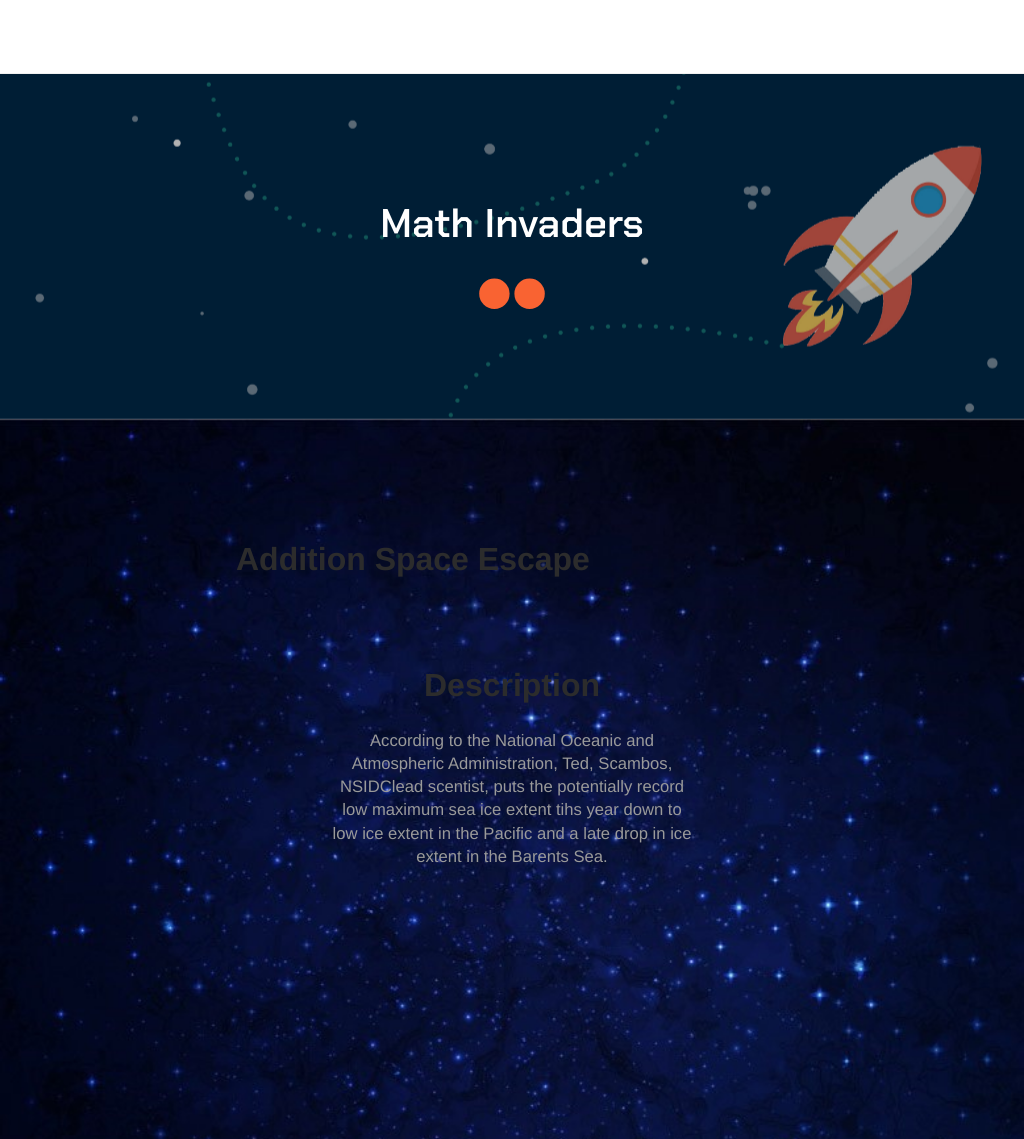
Repository: kkyler24/MathInvader
Page: index.html
These files come from the project's save history. The page is drawn as it stood at one moment and after the next save; the edit follows.
The browser window is 1280 px wide. The pictures show the whole page, at 80% of full size.
Some web libraries are served in a nearby version.

Above is the page before, as saved 2020-07-19 18:13:45.

### index.html
<!DOCTYPE html>
<html lang="en">
  <head>
    <!-- Required meta tags -->
    <meta charset="utf-8" />
    <meta
      name="viewport"
      content="width=device-width, initial-scale=1, shrink-to-fit=no"
    />

    <!-- Bootstrap CSS -->
    <link
      rel="stylesheet"
      href="https://maxcdn.bootstrapcdn.com/bootstrap/4.0.0/css/bootstrap.min.css"
      integrity="sha384-Gn5384xqQ1aoWXA+058RXPxPg6fy4IWvTNh0E263XmFcJlSAwiGgFAW/dAiS6JXm"
      crossorigin="anonymous"
    />
    <link href="../assets/css/now-ui-kit.css?v=1.2.0" rel="stylesheet" />
    <link
      href="https://fonts.googleapis.com/css2?family=Chakra+Petch:wght@600&display=swap"
      rel="stylesheet"
    />
    <link href="./jsFolder/index.css" rel="stylesheet" />

    <title>Math Invaders</title>
  </head>
  <!-- Navbar -->
  <body class="burger-menu">
    <div id="mainBody">
      <nav
        id="marginb"
        class="navbar navbar-expand-lg fixed-top navbar-transparent"
      >
        <div class="container">
          <a class="navbar-brand" href="#">MCLA</a>
          <div class="separator separator-primary"></div>
          <button
            class="navbar-toggler"
            type="button"
            data-toggle="collapse"
            data-target="#navbarNav"
            aria-controls="navbarNav"
            aria-expanded="false"
            aria-label="Toggle navigation"
          >
            <span class="navbar-toggler-icon"></span>
          </button>
          <div class="collapse navbar-collapse" id="navbarNav">
            <ul class="navbar-nav">
              <li class="nav-item active">
                <a class="nav-link" href="#"
                  >Home <span class="sr-only">(current)</span></a
                >
              </li>
              <li class="nav-item">
                <a class="nav-link" href="#">About Us</a>
              </li>
              <li class="nav-item">
                <a class="nav-link" href="#">Games</a>
              </li>
              <li class="nav-item">
                <a class="nav-link" href="#">Log In</a>
              </li>
            </ul>
          </div>
        </div>
      </nav>
      <div id="wrapper">
        <div class="page-header page-header-small">
          <div class="page-header-image" data-parallax="true"></div>
          <div class="content-center">
            <div class="container">
              <h1 id="titleG" class="title">Math Invaders</h1>
              <div class="text-center">
                <a href="#pablo" class="btn btn-primary btn-icon btn-round">
                  <i class="fab fa-facebook-square"></i>
                </a>
                <a href="#pablo" class="btn btn-primary btn-icon btn-round">
                  <i class="fab fa-twitter"></i>
                </a>
              </div>
            </div>
          </div>
        </div>
      </div>
      <div id="backgroundSection" class="section section-about-us">
        <div class="container">
          <div class="section-story-overview">
            <h2 class="title">Addition Space Escape</h2>
            <div>

            </div>
          </div>
            <div class="separator separator-primary"></div>
            <div class="row">
                <div class="col-md-8 ml-auto mr-auto text-center">
                    <h2 class="title">Description</h2>
                    <h5 class="description">According to the National Oceanic and Atmospheric Administration, Ted, Scambos, NSIDClead scentist, puts the potentially record low maximum sea ice extent tihs year down to low ice extent in the Pacific and a late drop in ice extent in the Barents Sea.</h5>
                </div>
            </div>

                    </div>
                </div>
            </div>
        </div>
    </div>
    </div>
    <!-- Optional JavaScript -->
    <!-- jQuery first, then Popper.js, then Bootstrap JS -->
    <script
      src="https://code.jquery.com/jquery-3.2.1.slim.min.js"
      integrity="sha384-KJ3o2DKtIkvYIK3UENzmM7KCkRr/rE9/Qpg6aAZGJwFDMVNA/GpGFF93hXpG5KkN"
      crossorigin="anonymous"
    ></script>
    <script
      src="https://cdnjs.cloudflare.com/ajax/libs/popper.js/1.12.9/umd/popper.min.js"
      integrity="sha384-ApNbgh9B+Y1QKtv3Rn7W3mgPxhU9K/ScQsAP7hUibX39j7fakFPskvXusvfa0b4Q"
      crossorigin="anonymous"
    ></script>
    <script
      src="https://maxcdn.bootstrapcdn.com/bootstrap/4.0.0/js/bootstrap.min.js"
      integrity="sha384-JZR6Spejh4U02d8jOt6vLEHfe/JQGiRRSQQxSfFWpi1MquVdAyjUar5+76PVCmYl"
      crossorigin="anonymous"
    ></script>
    <script src="../assets/js/plugins/bootstrap-switch.js"></script>
    <script
      src="../assets/js/plugins/nouislider.min.js"
      type="text/javascript"
    ></script>
    <script
      src="../assets/js/plugins/bootstrap-datepicker.js"
      type="text/javascript"
    ></script>
    <script
      src="../assets/js/now-ui-kit.js?v=1.2.0"
      type="text/javascript"
    ></script>
    <script src="./jsFolder/Aliens.js"></script>
    <script src="./jsFolder/tokens.js"></script>
    <script src="./jsFolder/Ship.js"></script>
  </body>
</html>

### jsFolder/index.css
html,
body {
  font-size: 16px;
  columns: #222b3f;
}
/*  navbar*/

.navbar.navbar-transparent {
  background-color: transparent !important;
  box-shadow: none;
  color: #fff;
  padding-top: 20px !important;
}

.fixed-top {
  position: fixed;
  top: 0;
  right: 0;
  left: 0;
  z-index: 1030;
}
#navbarNav {
  justify-content: flex-end;
}

#marginb {
  margin-bottom: 20px !important;
}
.navbar {
  position: relative;
  display: flex;
  flex-wrap: wrap;
  align-items: center;
  justify-content: space-between;
  padding: 0.5rem 1rem;
  padding-top: 0.625rem;
  padding-bottom: 0.625rem;
  min-height: 53px;
}

a {
  color: #222b3f;
  text-decoration: none;
  background-color: transparent;
}

.container {
  width: 100%;
  padding-right: 15px;
  padding-left: 15px;
  margin-right: auto;
  margin-left: auto;
}

.button-dropdown {
  padding-right: 0.7rem;
  cursor: pointer;
}

.navbar.navbar-transparent {
  background-color: transparent !important;
  color: #fff;
}

.dropdown {
  position: relative;
}

.navbar > .container {
  display: flex;
  flex-wrap: wrap;
  align-items: center;
  justify-content: space-between;
}

#titleG {
  font-family: "Chakra Petch", sans-serif;
  font-size: 50px;
}
/*  container */

.page-header.page-header-small {
  min-height: 60vh;
  max-height: 440px;
}

.page-header {
  padding: 0;
  color: #fff;
  position: relative;
  overflow: hidden;
}

.page-header .page-header-image {
  position: absolute;
  background-size: cover;
  background-position: 50%;
  width: 100%;
  height: 100%;
  z-index: -1;
}
.page-header-image {
  background-image: url("./pictures/MathApics/kidsbackgroundspace.png");
  transform: translate3d(0px, 0px, 0px);
}

.navbar-toggler:not(:disabled):not(.disabled) {
  cursor: pointer;
}

.content-center {
  position: absolute;
  top: 50%;
  left: 50%;
  z-index: 2;
  transform: translate(-50%, -50%);
  text-align: center;
  color: #fff;
  padding: 0 15px;
  width: 100%;
  max-width: 880px;
}

.text-center {
  text-align: center !important;
}

.page-header .container {
  height: 100%;
  z-index: 1;
  text-align: center;
  position: relative;
}

.section {
  padding: 70px 0;
  position: relative;
  background: #fff;
}

.row {
  display: flex;
  flex-wrap: wrap;
  margin-right: -15px;
  margin-left: -15px;
}

.ml-auto,
.mx-auto {
  margin-left: auto !important;
}
.mr-auto,
.mx-auto {
  margin-right: auto !important;
}

.col-md-8 {
  position: relative;
  width: 100%;
  padding-right: 15px;
  padding-left: 15px;
}
h2 {
  margin-bottom: 30px;
  line-height: 1.2;
}

#backgroundSection {
  background-image: url("./pictures/MathApics/spaceship/cosmicgalaxbluebackground.jpg");
  background-repeat: no-repeat;
  background-size: cover;
  width: 100%;
  height: 900px;
}

/* media Queries */

@media (min-width: 768px) {
  .col-md-8 {
    flex: 0 0 66.666667%;
    max-width: 66.666667%;
  }
}
@media (min-width: 768px) {
  .container {
    max-width: 720px;
  }
}

@media (min-width: 992px) {
  .navbar-expand-lg .navbar-toggler {
    display: none;
  }
}

@media (max-width: 991.98px) {
  .navbar-expand-lg > .container {
    padding-right: 0;
    padding-left: 0;
  }
}

@media (min-width: 768px) {
  .container {
    max-width: 720px;
  }
}

@media screen and (max-width: 991px) {
  .button-dropdown {
    display: none;
  }
}

@media (min-width: 992px) {
  .navbar-expand-lg .navbar-toggler {
    display: none;
  }
}

@media screen and (max-width: 991px) {
  .sidebar-collapse .wrapper {
    transition: all 0.5s cubic-bezier(0.685, 0.0473, 0.346, 1);
  }
}

### jsFolder/UIAssets/now-ui-kit-master/assets/js/now-ui-kit.js
/*!

 =========================================================
 * Now UI Kit - v1.3.0
 =========================================================

 * Product Page: https://www.creative-tim.com/product/now-ui-kit
 * Copyright 2019 Creative Tim (http://www.creative-tim.com)

 * Designed by www.invisionapp.com Coded by www.creative-tim.com

 =========================================================

 * The above copyright notice and this permission notice shall be included in all copies or substantial portions of the Software.

 */


var transparent = true;
var big_image;

var transparentDemo = true;
var fixedTop = false;

var navbar_initialized,
  backgroundOrange = false,
  toggle_initialized = false;

var nowuiKit,
  $navbar,
  scroll_distance,
  oVal;

$(document).ready(function() {
  //  Activate the Tooltips
  $('[data-toggle="tooltip"], [rel="tooltip"]').tooltip();

  // Activate Popovers and set color for popovers
  $('[data-toggle="popover"]').each(function() {
    color_class = $(this).data('color');
    $(this).popover({
      template: '<div class="popover popover-' + color_class + '" role="tooltip"><div class="arrow"></div><h3 class="popover-header"></h3><div class="popover-body"></div></div>'
    });
  });

  // Activate the image for the navbar-collapse
  nowuiKit.initNavbarImage();

  $navbar = $('.navbar[color-on-scroll]');
  scroll_distance = $navbar.attr('color-on-scroll') || 500;

  // Check if we have the class "navbar-color-on-scroll" then add the function to remove the class "navbar-transparent" so it will transform to a plain color.

  if ($('.navbar[color-on-scroll]').length != 0) {
    nowuiKit.checkScrollForTransparentNavbar();
    $(window).on('scroll', nowuiKit.checkScrollForTransparentNavbar)
  }

  $('.form-control').on("focus", function() {
    $(this).parent('.input-group').addClass("input-group-focus");
  }).on("blur", function() {
    $(this).parent(".input-group").removeClass("input-group-focus");
  });

  // Activate bootstrapSwitch
  $('.bootstrap-switch').each(function() {
    $this = $(this);
    data_on_label = $this.data('on-label') || '';
    data_off_label = $this.data('off-label') || '';

    $this.bootstrapSwitch({
      onText: data_on_label,
      offText: data_off_label
    });
  });

  if ($(window).width() >= 992) {
    big_image = $('.page-header-image[data-parallax="true"]');

    $(window).on('scroll', nowuiKitDemo.checkScrollForParallax);
  }

  // Activate Carousel
  $('.carousel').carousel({
    interval: 4000
  });

  $('.date-picker').each(function() {
    $(this).datepicker({
      templates: {
        leftArrow: '<i class="now-ui-icons arrows-1_minimal-left"></i>',
        rightArrow: '<i class="now-ui-icons arrows-1_minimal-right"></i>'
      }
    }).on('show', function() {
      $('.datepicker').addClass('open');

      datepicker_color = $(this).data('datepicker-color');
      if (datepicker_color.length != 0) {
        $('.datepicker').addClass('datepicker-' + datepicker_color + '');
      }
    }).on('hide', function() {
      $('.datepicker').removeClass('open');
    });
  });


});

// Javascript just for Demo purpose, remove it from your project
nowuiKitDemo = {
  checkScrollForParallax: debounce(function() {
    var current_scroll = $(this).scrollTop();

    oVal = ($(window).scrollTop() / 3);
    big_image.css({
      'transform': 'translate3d(0,' + oVal + 'px,0)',
      '-webkit-transform': 'translate3d(0,' + oVal + 'px,0)',
      '-ms-transform': 'translate3d(0,' + oVal + 'px,0)',
      '-o-transform': 'translate3d(0,' + oVal + 'px,0)'
    });

  }, 6)

}

// Returns a function, that, as long as it continues to be invoked, will not
// be triggered. The function will be called after it stops being called for
// N milliseconds. If `immediate` is passed, trigger the function on the
// leading edge, instead of the trailing.

function debounce(func, wait, immediate) {
  var timeout;
  return function() {
    var context = this,
      args = arguments;
    clearTimeout(timeout);
    timeout = setTimeout(function() {
      timeout = null;
      if (!immediate) func.apply(context, args);
    }, wait);
    if (immediate && !timeout) func.apply(context, args);
  };
};

$(window).on('resize', function() {
  nowuiKit.initNavbarImage();
});

$(document).on('click', '.navbar-toggler', function() {
  $toggle = $(this);

  if (nowuiKit.misc.navbar_menu_visible == 1) {
    $('html').removeClass('nav-open');
    nowuiKit.misc.navbar_menu_visible = 0;
    $('#bodyClick').remove();
    setTimeout(function() {
      $toggle.removeClass('toggled');
    }, 550);
  } else {
    setTimeout(function() {
      $toggle.addClass('toggled');
    }, 580);
    div = '<div id="bodyClick"></div>';
    $(div).appendTo('body').click(function() {
      $('html').removeClass('nav-open');
      nowuiKit.misc.navbar_menu_visible = 0;
      setTimeout(function() {
        $toggle.removeClass('toggled');
        $('#bodyClick').remove();
      }, 550);
    });

    $('html').addClass('nav-open');
    nowuiKit.misc.navbar_menu_visible = 1;
  }
});

nowuiKit = {
  misc: {
    navbar_menu_visible: 0
  },

  checkScrollForTransparentNavbar: debounce(function() {
    if ($(document).scrollTop() > scroll_distance) {
      if (transparent) {
        transparent = false;
        $('.navbar[color-on-scroll]').removeClass('navbar-transparent');
      }
    } else {
      if (!transparent) {
        transparent = true;
        $('.navbar[color-on-scroll]').addClass('navbar-transparent');
      }
    }
  }, 17),

  initNavbarImage: function() {
    var $navbar = $('.navbar').find('.navbar-translate').siblings('.navbar-collapse');
    var background_image = $navbar.data('nav-image');

    if (background_image != undefined) {
      if ($(window).width() < 991 || $('body').hasClass('burger-menu')) {
        $navbar.css('background', "url('" + background_image + "')")
          .removeAttr('data-nav-image')
          .css('background-size', "cover")
          .addClass('has-image');
      } else {
        $navbar.css('background', "")
          .attr('data-nav-image', '' + background_image + '')
          .css('background-size', "")
          .removeClass('has-image');
      }
    }
  },

  initSliders: function() {
    // Sliders for demo purpose in refine cards section
    var slider = document.getElementById('sliderRegular');

    noUiSlider.create(slider, {
      start: 40,
      connect: [true, false],
      range: {
        min: 0,
        max: 100
      }
    });

    var slider2 = document.getElementById('sliderDouble');

    noUiSlider.create(slider2, {
      start: [20, 60],
      connect: true,
      range: {
        min: 0,
        max: 100
      }
    });
  }
}

// Javascript just for Demo purpose, remove it from your project
nowuiKitDemo = {
  checkScrollForParallax: debounce(function() {
    var current_scroll = $(this).scrollTop();

    oVal = ($(window).scrollTop() / 3);
    big_image.css({
      'transform': 'translate3d(0,' + oVal + 'px,0)',
      '-webkit-transform': 'translate3d(0,' + oVal + 'px,0)',
      '-ms-transform': 'translate3d(0,' + oVal + 'px,0)',
      '-o-transform': 'translate3d(0,' + oVal + 'px,0)'
    });

  }, 6)

}

// Returns a function, that, as long as it continues to be invoked, will not
// be triggered. The function will be called after it stops being called for
// N milliseconds. If `immediate` is passed, trigger the function on the
// leading edge, instead of the trailing.

function debounce(func, wait, immediate) {
  var timeout;
  return function() {
    var context = this,
      args = arguments;
    clearTimeout(timeout);
    timeout = setTimeout(function() {
      timeout = null;
      if (!immediate) func.apply(context, args);
    }, wait);
    if (immediate && !timeout) func.apply(context, args);
  };
};

Loaded but not shown: jsFolder/UIAssets/now-ui-kit-master/assets/css/now-ui-kit.css (library); jsFolder/UIAssets/now-ui-kit-master/assets/js/plugins/bootstrap-switch.js (library); jsFolder/UIAssets/now-ui-kit-master/assets/js/plugins/nouislider.min.js (library); jsFolder/UIAssets/now-ui-kit-master/assets/js/plugins/bootstrap-datepicker.js (library); jsFolder/Aliens.js (empty); jsFolder/tokens.js (empty); jsFolder/Ship.js (empty)

After the next save:
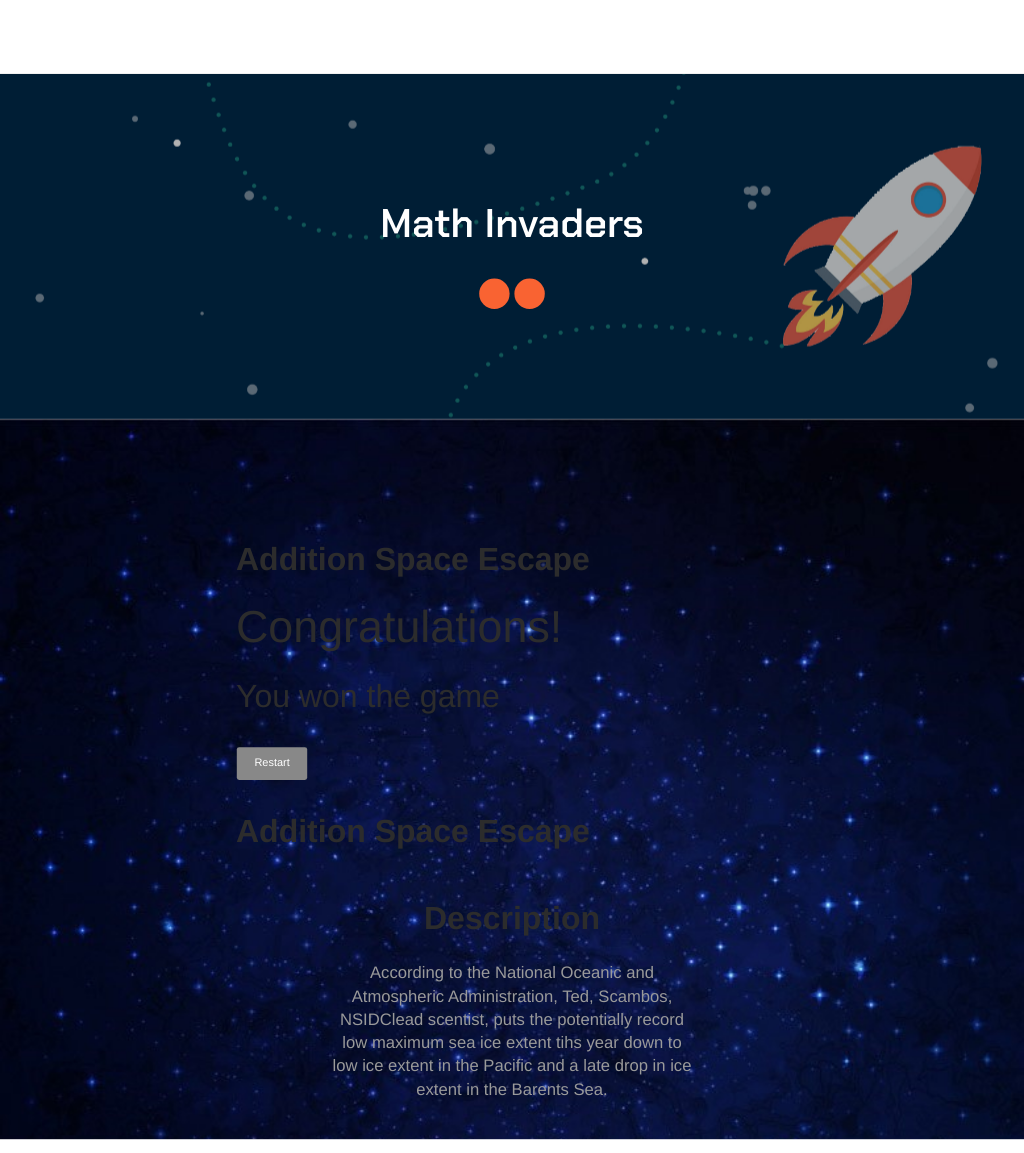
Saved 6 min 58 s later.
--- a/index.html
+++ b/index.html
@@ -87,9 +87,15 @@
         <div class="container">
           <div class="section-story-overview">
             <h2 class="title">Addition Space Escape</h2>
-            <div>
+              <div class="game-wrapper">
+<div class="Game"></div>
+<div class="congratulations">
+    <h1>Congratulations!</h1>
+    <h2>You won the game</h2>
+    <button class="btn" onclick="window.location.reload()">Restart</button>
+              </div>
+            <h2 class="title">Addition Space Escape</h2>
 
-            </div>
           </div>
             <div class="separator separator-primary"></div>
             <div class="row">
